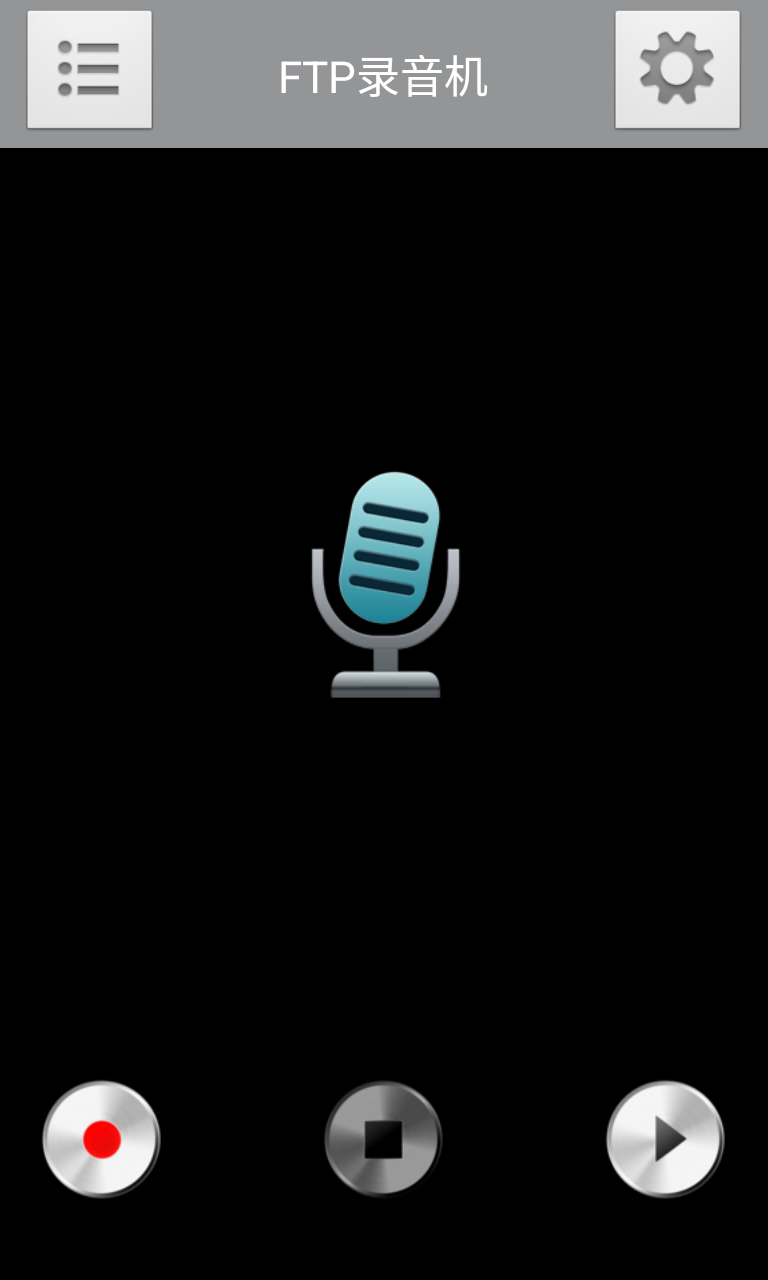
Repository: stone-jin/WAVRecoder
Layout: WAVRecoder2/res/layout/main.xml
These files come from the project's save history. The layout is drawn as it stood at one moment and after the next save; the edit follows.
It is drawn on a 768 x 1280 px phone screen (xhdpi) without system bars, with theme Anim_style2; the app's code is not run.

Above is the layout before, as saved 2014-05-07 03:32:39.

After the next save:
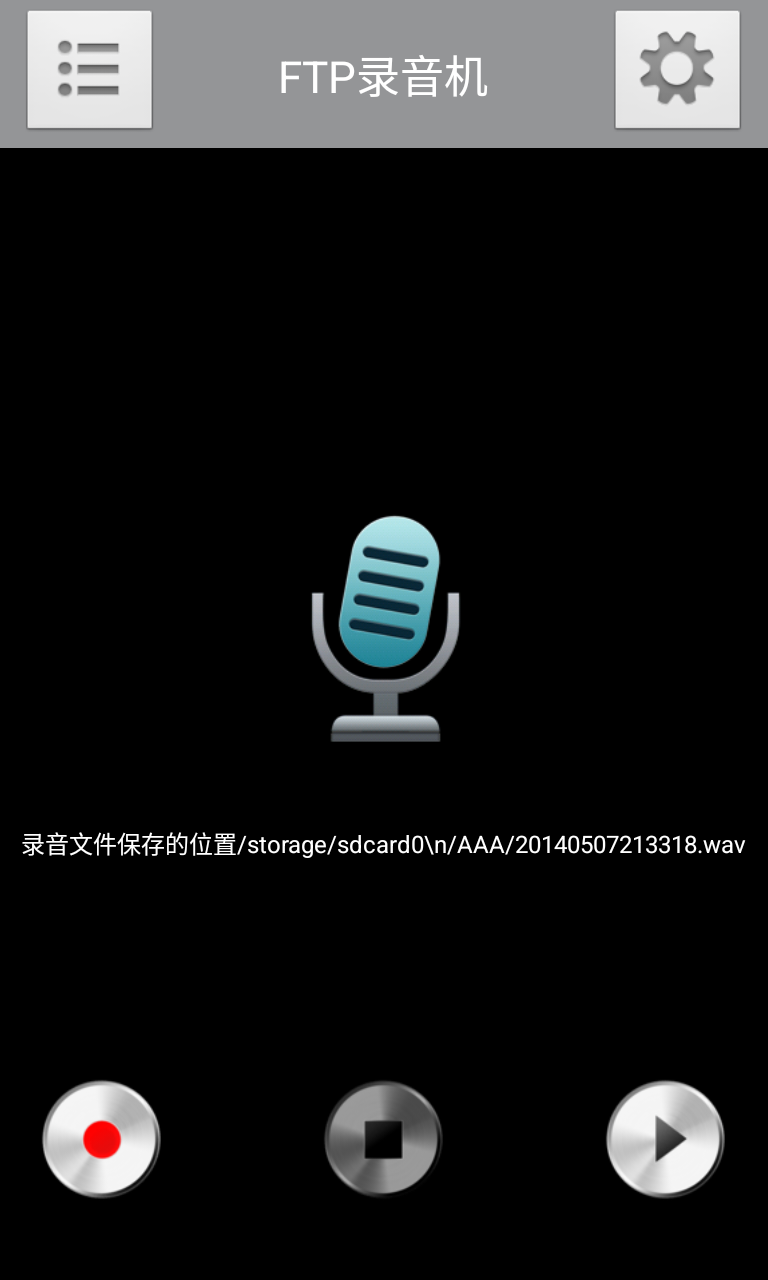
Saved 6 s later.
--- a/WAVRecoder2/res/layout/main.xml
+++ b/WAVRecoder2/res/layout/main.xml
@@ -6,24 +6,44 @@
 
     <include layout="@layout/main_title"/>
 
-    <RelativeLayout
+    <LinearLayout
         android:layout_width="fill_parent"
         android:layout_height="fill_parent"
         android:layout_weight="1"
-        android:gravity="center"
+        android:orientation="vertical"
         >
 
-	    <ImageView
-	        android:id="@+id/main_imageview"
+        <RelativeLayout
+            android:layout_width="fill_parent"
+            android:layout_height="fill_parent"
+            android:layout_weight="1"
+            >
+
+		    <ImageView
+		        android:id="@+id/main_imageview"
+		        android:layout_width="wrap_content"
+		        android:layout_height="wrap_content"
+		        android:background="@drawable/icon"
+		        android:layout_alignParentBottom="true"
+		        android:layout_marginBottom="30dp"
+		        android:layout_centerHorizontal="true"
+		        />
+
+        </RelativeLayout>
+
+	    <TextView
 	        android:layout_width="wrap_content"
 	        android:layout_height="wrap_content"
-	        android:background="@drawable/icon"
-	        android:layout_centerInParent="true"
+	        android:text="录音文件保存的位置/storage/sdcard0\n/AAA/20140507213318.wav"
+	        android:layout_marginBottom="80dp"
+	        android:layout_marginTop="5dp"
+	        android:textSize="12sp"
+	        android:textColor="#ffffff"
+	        android:gravity="center_horizontal"
+	        android:layout_gravity="bottom|center_horizontal"
 	        />
 
-
-
-    </RelativeLayout>
+    </LinearLayout>
 
     <RelativeLayout
         android:layout_width="fill_parent"
